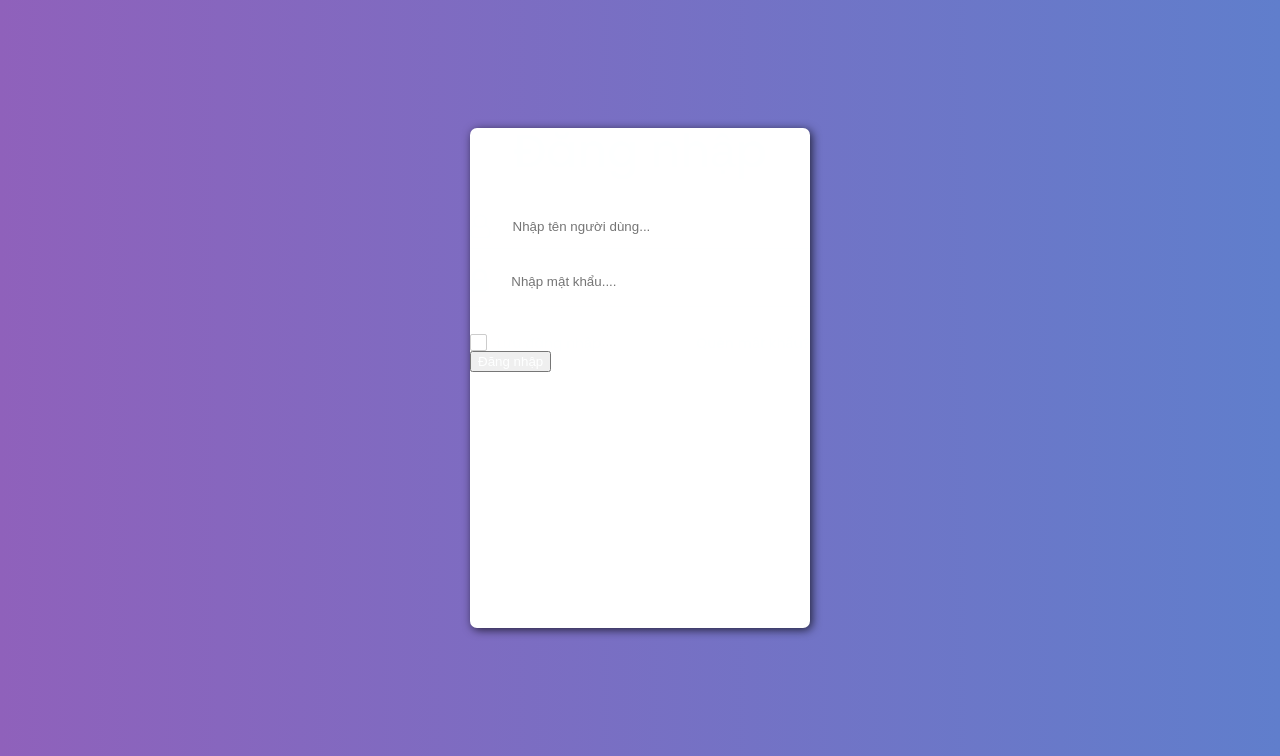
Repository: Nieday306/shophoaqua
Page: login.html
These files come from the project's save history. The page is drawn as it stood at one moment and after the next save; the edit follows.
The browser window is 1280 px wide. The pictures show the whole page.

Above is the page before, as saved 2024-04-06 18:08:10.

After the next save:
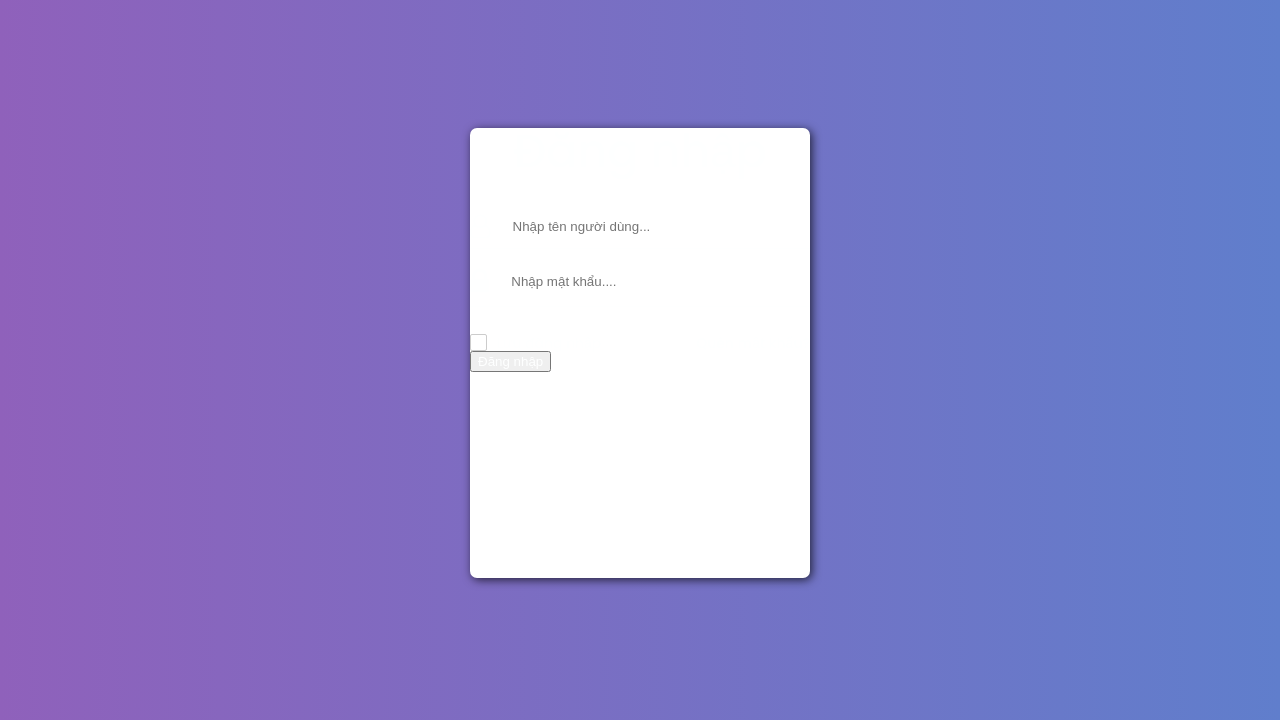
Saved 6 s later.
--- a/assets/css/login.css
+++ b/assets/css/login.css
@@ -22,7 +22,7 @@ main {
 .login {
   background-color: #fff;
   width: 340px;
-  min-height: 500px;
+  min-height: 450px;
   margin: 10% auto;
   border-radius: 7px;
   box-shadow: 2px 2px 10px rgb(0, 0, 0, 0.7);
